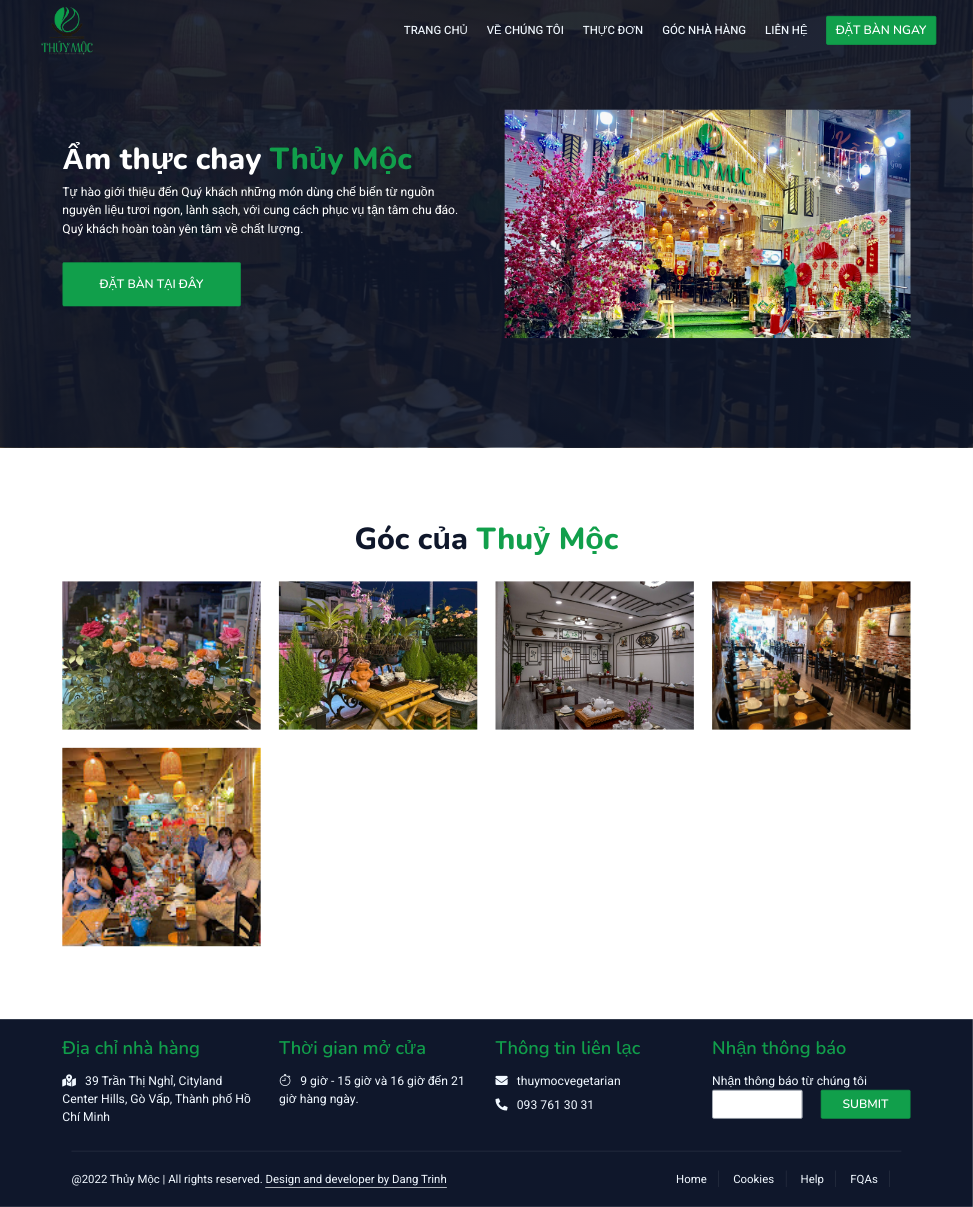
Repository: Dangtrinh28/thuymoc
Page: client.html
The author's editor kept a copy of each file at every save. The page is drawn from the files as they stood at one save, then again after the next save.
The browser window is 1280 px wide. The pictures show the whole page, at 76% of full size.
Some web libraries are served in a nearby version.

Above is the page before, as saved 2022-11-22 09:52:05.
Console error: SyntaxError: Unexpected token '{'

### client.html
<!DOCTYPE html>
<html lang="en">

<head>
    <meta charset="UTF-8">
    <meta http-equiv="X-UA-Compatible" content="IE=edge">
    <meta name="viewport" content="width=device-width, initial-scale=1.0">

    <!-- google font link -->
    <link rel="preconnect" href="https://fonts.googleapis.com">
    <link rel="preconnect" href="https://fonts.gstatic.com" crossorigin>
    <link
        href="https://fonts.googleapis.com/css2?family=Heebo:wght@400;500;600&family=Nunito:wght@600;700;800&family=Pacifico&display=swap"
        rel="stylesheet">

    <!-- Icon link -->
    <link rel="stylesheet" href="./assets/font/fontawesome/css/all.min.css">
    <link href="https://cdnjs.cloudflare.com/ajax/libs/font-awesome/5.10.0/css/all.min.css" rel="stylesheet">
    <link href="https://cdn.jsdelivr.net/npm/bootstrap-icons@1.4.1/font/bootstrap-icons.css" rel="stylesheet">


    <!-- link lib -->
    <link rel="stylesheet" href="./assets/lib/animate/animate.min.css">
    <link rel="stylesheet" href="./assets/lib/owlcarousel/assets/owl.carousel.min.css">
    <link rel="stylesheet" href="./assets/lib/tempusdominus/css/tempusdominus-bootstrap-4.min.css">

    <!-- link bootstraps custom  -->
    <link rel="stylesheet" href="./assets/css/bootstrap.css">

    <!-- link custom -->
    <link rel="stylesheet" href="./assets/css/index.css">
    <!-- link custom end-->
    <link rel="icon" type="image/x-icon"
        href="https://scontent.fsgn2-4.fna.fbcdn.net/v/t39.30808-6/301127842_1060078351356985_3224039168656005356_n.jpg?_nc_cat=101&ccb=1-7&_nc_sid=09cbfe&_nc_ohc=boITfAPyxDEAX8ESDnk&_nc_ht=scontent.fsgn2-4.fna&oh=00_AfCC23TquV2izwz9e55nnw0-pZBRnxj3js4zwfv7_lGcQQ&oe=63633C5B">
    <title>Thủy Mộc Restaurant</title>
</head>

<body>
    <div class="container-xxl bg-white p-0">
        <!-- navigation bar -->
        <div class="container-xxl position-relative p-0">
            <nav class="navbar navbar-expand-lg navbar-dark bg-dark px-4 px-lg-5 py-3 py-lg-0">
                <a href="./index.html" class="navbar-brand p-0">
                    <img src="./assets/img/Logo/LOGO.png" class="" alt="" style="height: 80px;">
                </a>

                <!-- button for responsive -->
                <button class="navbar-toggler" type="button" data-bs-toggle="collapse" data-bs-target="#navbarCollapse">
                    <span class="fa fa-bars"></span>
                </button>

                <div class="collapse navbar-collapse" id="navbarCollapse">
                    <div class="navbar-nav ms-auto py-0 pe-4">
                        <a href="./index.html" class="nav-item nav-link active">Trang chủ</a>
                        <a href="./intro.html" class="nav-item nav-link">Về chúng tôi</a>
                        <a href="./menu.html" class="nav-item nav-link">Thực đơn</a>
                        <a href="./client.html" class="nav-item nav-link">Góc nhà hàng</a>
                        <a href="./contact.html" class="nav-item nav-link">Liên hệ</a>
                    </div>
                    <button type="button" class="btn btn-primary" data-bs-toggle="modal" data-bs-target="#myModal">
                        đặt bàn ngay
                    </button>
                    <!-- button -->
                </div>
            </nav>
        </div>

        <!-- intro section -->
        <div class="container-xxl py-5 bg-dark hero-header mb-5">
            <div class="container my-5 py-5">
                <div class="row align-items-center g-5">
                    <div class="col-lg-6 text--center text-lg-start">
                        <h1 class="dislay-3 text-white animated slideInLeft">Ẩm thực chay <span class="text-primary">
                                Thủy Mộc</span></h1>
                        <p class="text-white animated slideInLeft mb-4 pb-2">
                            Tự hào giới thiệu đến Quý khách những món dùng chế biến từ nguồn nguyên liệu tươi ngon, lành
                            sạch, với cung cách phục vụ tận tâm chu đáo. Quý khách hoàn toàn yên tâm về chất lượng.
                        </p>
                        <button type="button" class="btn btn-primary py-sm-3 px-sm-5 me-3 animated slideInLeft" data-bs-toggle="modal" data-bs-target="#myModal">
                            Đặt bàn tại đây
                        </button>
                    </div>

                    <div class="col-lg-6 text-center text-lg-end overflow-hidden">
                        <img src="./assets/img/banner/banner1.png" alt="" class="img-fluid">
                    </div>
                </div>
            </div>
        </div>

        <!-- img client -->
        <div class="container-xxl py-5 px-0 wow fadeInUp" data-wow-delay="0.1s">
            <h1 class="pb-4 text-center">Góc của <span class="text-primary"> Thuỷ Mộc</span></h1>
            <div class="container">
                <div class="row">
                    <div class="col-md-3 mb-4">
                        <img src="./assets/img/client/client1.png" class="img-fluid h-100 w-100" alt="">
                    </div>

                    <div class="col-md-3 mb-4">
                        <img src="./assets/img/client/client2.png" class="img-fluid h-100 w-100" alt="">
                    </div>

                    <div class="col-md-3 mb-4">
                        <img src="./assets/img/client/client3.png" class="img-fluid h-100 w-100" alt="">
                    </div>

                    <div class="col-md-3 mb-4">
                        <img src="./assets/img/client/client4.png" class="img-fluid h-100 w-100" alt="">
                    </div>

                    <div class="col-md-3 mb-4">
                        <img src="./assets/img/client/client5.jfif" class="img-fluid h-100 w-100" alt="">
                    </div>
                </div>
            </div>
        </div>

        <!-- footer -->
        <div class="container-fluid bg-dark text-light footer pt-4 mt-4 wow fadeIn" data-wow-delay="0.1s">
            <div class="container">
                <div class="row g-4 pb-4">
                    <div class="col-lg-3 col-md-6">
                        <h4 class="section-title ff-secondary text-start text-primary fw-normal mb-3">
                            Địa chỉ nhà hàng
                        </h4>

                        <p class="mb-2">
                            <i class="fa fa-map-marked-alt me-2"></i>
                            <a href="https://www.google.com/maps/dir//%E1%BA%A8m+th%E1%BB%B1c+Chay+Th%E1%BB%A7y+M%E1%BB%99c/data=!4m8!4m7!1m0!1m5!1m1!1s0x317529b96049ef13:0xbfe005dc03ad2f80!2m2!1d106.6812728!2d10.8275028"
                                class="text-light">
                                39 Trần Thị Nghỉ, Cityland Center Hills, Gò Vấp, Thành phố Hồ Chí Minh
                            </a>
                        </p>
                    </div>

                    <div class="col-lg-3 col-md-6">
                        <h4 class="section-title ff-secondary text-start text-primary fw-normal mb-3">
                            Thời gian mở cửa
                        </h4>

                        <p class="mb-2">
                            <i class="bi bi-stopwatch me-2"></i>
                            9 giờ - 15 giờ và 16 giờ đến 21 giờ hàng ngày.
                        </p>
                    </div>

                    <div class="col-lg-3 col-md-6">
                        <h4 class="section-title ff-secondary text-start text-primary fw-normal mb-3">
                            Thông tin liên lạc
                        </h4>

                        <p class="mb-2">
                            <i class="fa fa-envelope me-2"></i>
                            <a href="mailto:thuymocvegetarian@gmail.com" class="text-light">
                                thuymocvegetarian
                            </a>
                        </p>

                        <p class="mb-2">
                            <i class="fa fa-phone-alt me-2"></i>
                            <a href="tel:093 761 30 31" class="text-light">093 761 30 31</a>
                        </p>
                    </div>

                    <div class="col-lg-3 col-md-6">
                        <h4 class="section-title ff-secondary text-start text-primary fw-normal mb-3">
                            Nhận thông báo
                        </h4>

                        <div class="col-md-12">
                            <label for="reply">Nhận thông báo từ chúng tôi</label>
                            <div class="row">
                                <div class="col-md-6">
                                    <form action="">
                                        <div class="form-flotting mb-1">
                                            <input type="email" required class="form-control" id="reply" placeholder="">
                                        </div>
                                    </form>
                                </div>

                                <div class="col-md-6">
                                    <button class="btn btn-primary w-100" type="submit">
                                        Submit
                                    </button>
                                </div>
                            </div>

                        </div>
                    </div>

                </div>

                <div class="container">
                    <div class="copyright">
                        <div class="row">
                            <div class="col-md-6 text-center text-md-start mb-3 mb-md-0">@2022 Thủy Mộc | All rights
                                reserved.
                                <a href="https://linktr.ee/dtrinh28" class="border-bottom">Design and developer by Dang
                                    Trinh</a>
                            </div>

                            <div class="col-md-6 text-center text-md-end">
                                <div class="footer-menu">
                                    <a href="">Home</a>
                                    <a href="">Cookies</a>
                                    <a href="">Help</a>
                                    <a href="">FQAs</a>
                                </div>
                            </div>
                        </div>
                    </div>
                </div>
            </div>
        </div>

    </div>
    <a href="" class="btn btn-lg btn-primary btn-lg-square back-to-top">
        <i class="bi bi-arrow-up"></i>
    </a>

    <!-- The Modal -->
    <div class="modal fade" id="myModal">
        <div class="modal-dialog">
            <div class="modal-content bg-dark">

                <!-- Modal Header -->
                <div class="modal-header w-100">
                    <h4 class="modal-title text-primary"> <span class="text-white">Thông tin</span> đặt bàn online</h4>
                    <button type="button" class="btn-close btn-close-white btn-info" data-bs-dismiss="modal"></button>
                </div>

                <!-- Modal body -->
                <div class="modal-body">
                    <form action="" method="post">
                        <div class="row g-3">
                            <div class="form-flotting text-white">
                                <label for="">Tên khách - Guest's name <span
                                        style="color: var(--bs-danger);">*</span> </label>
                                <input required type="text" class="form-control" id="names"
                                    placeholder="">
                            </div>

                            <div class="form-flotting text-white">
                                <label for="">Số điện thoại - Contact number<span
                                        style="color: var(--bs-danger);">*</span>
                                </label>
                                <input required type="text" class="form-control" id="numberPhone" placeholder="" value="">
                            </div>

                            <div class="form-flotting text-white">
                                <label for="">Email<span style="color: var(--bs-danger);">*</span> </label>
                                <input required type="text" class="form-control" id="email"
                                    placeholder="thuymocvegetarian@gmail.com">
                            </div>

                            <div class="form-flotting text-white">
                                <label for="">Số lượng khách - Number of guests<span
                                        style="color: var(--bs-danger);">*</span> </label>
                                <input required type="number" class="form-control" id="qualitys" placeholder="">
                            </div>

                            <div class="form-flotting text-white">
                                <label for="">Giờ đến - Expected arrival time<span
                                        style="color: var(--bs-danger);">*</span>
                                </label>
                                <input required type="time" class="form-control" id="times"
                                    placeholder="Vui lòng đặt bàn trước 1h">
                            </div>

                            <div class="form-flotting text-white">
                                <label for="">Ngày đặt bàn - Reserved date<span
                                        style="color: var(--bs-danger);">*</span>
                                </label>
                                <input required type="date" class="form-control" id="date"
                                    placeholder="Vui lòng đặt bàn trước 1h">
                            </div>

                            <div class="col-12">
                                <div class="form-floating">
                                    <textarea style="height: 100px;" name="" id="messages" cols="30" rows="10"
                                        class="form-control" placeholder=""></textarea>
                                    <label for="">Yêu cầu của quý khách - Special requests </label>
                                </div>
                            </div>

                            <div class="col-12">
                                <button value="Đặt bàn" id="btn" class="btn btn-primary w-100 py-3 text-white" type="button" onclick="sendEmail()"  placeholder="Đặt Bàn">
                                    ĐẶT BÀN - RESERVE
                                </button>
                            </div>
                        </div>
                    </form>
                </div>
            </div>

        </div>
    </div>


    <!-- jquery -->
    <script src="https://code.jquery.com/jquery-3.4.1.min.js"></script>
    <script src="https://cdn.jsdelivr.net/npm/bootstrap@5.0.2/dist/js/bootstrap.bundle.min.js"></script>

    <script src="https://smtpjs.com/v3/smtp.js"></script>
    <script src="./assets/lib/wow/wow.min.js"></script>
    <script src="./assets/lib/easing/easing.min.js"></script>
    <script src="./assets/lib/waypoints/waypoints.min.js"></script>
    <script src="./assets/lib/counterup/counterup.min.js"></script>
    <script src="./assets/lib/owlcarousel/owl.carousel.min.js"></script>
    <script src="./assets/js/index.js"></script>
</body>

</html>

### assets/css/index.css
:root {
  --primary: ;
}

/* base css */
.hero-header {
  background: linear-gradient(rgba(15, 23, 43, 0.9), rgba(15, 23, 43, 0.9)),
    url(../img/banner/banner2.png);
  background-position: center center;
  background-repeat: no-repeat;
  background-size: cover;
}

.btn {
  font-family: "Nunito", sans-serif;
  font-weight: 500;
  text-transform: uppercase;
  transition: 0.5s;
}

.btn-primary,
.btn-secondary {
  color: var(--bs-white);
}

.product-img {
  width: 100%;
  height: 216px;
  background-position: center;
  background-repeat: no-repeat;
  background-size: cover;
}

/* đặt bàn online */
.video {
  position: relative;
  height: 100%;
  min-height: 500px;
  background: linear-gradient(rgba(15, 23, 43, 0.1), rgba(15, 23, 43, 0.1)),
    url(../img/booking/booking.png);
  background-position: center center;
  background-repeat: no-repeat;
  background-size: cover;
}

.video .btn-play {
  position: absolute;
  z-index: 3;
  top: 50%;
  left: 50%;
  transform: translate(-50%);
  box-sizing: content-box;
  display: block;
  width: 32px;
  height: 44px;
  border-radius: 50%;
  border: none;
  outline: none;
  padding: 18px 20px 18px 28px;
}

.video .btn-play::before {
  content: "";
  position: absolute;
  z-index: 0;
  top: 50%;
  left: 50%;
  transform: translateX(-50%) translateY(-50%);
  display: block;
  width: 100px;
  height: 100px;
  background: var(--bs-primary);
  border-radius: 50%;
  animation: pulse-border 1500ms ease-out infinite;
}

.video .btn-play::after {
  content: "";
  position: absolute;
  z-index: 1;
  left: 50%;
  top: 50%;
  transform: translateX(-50%) translateY(-50%);
  display: block;
  width: 100px;
  height: 100px;
  background: var(--primary);
  border-radius: 50%;
  transition: all 200ms;
}

.video .btn-play img {
  position: relative;
  z-index: 3;
  max-width: 100%;
  width: auto;
  height: auto;
}

.video .btn-play span {
  display: block;
  position: relative;
  z-index: 3;
  width: 0;
  height: 0;
  border-left: 32px solid var(--bs-dark);
  border-top: 22px solid transparent;
  border-bottom: 22px solid transparent;
}

@keyframes pulse-border {
  0% {
    transform: translateX(-50%) translateY(-50%) translateZ(0) scale(1);
    opacity: 1;
  }
  100% {
    transform: translateX(-50%) translateY(-50%) translateZ(0) scale(1.5);
    opacity: 0;
  }
}

/* team */
.w-65 {
  width: 65% !important;
}

/* feedback */
.testimonial-carousel .owl-item.center .testimonial-item {
  background: var(--bs-primary) !important;
  border-color: var(--bs-primary) !important;
}

.testimonial-carousel .owl-item.center .testimonial-item * {
  color: var(--bs-light);
}

.testimonial-carousel .owl-dots {
  margin-top: 24px;
  display: flex;
  align-items: flex-end;
  justify-content: center;
}

.testimonial-carousel .owl-dot {
  position: relative;
  display: inline-block;
  margin: 0 5px;
  width: 15px;
  height: 15px;
  border: 1px solid #ccc;
  border-radius: 15px;
  transition: 0.5s;
}

.testimonial-carousel .owl-dot.active {
  background: var(--bs-primary);
  border-color: var(--bs-primary);
}

.text__height-hiden {
  height: 120px;
  overflow: hidden;
  display: -webkit-box;
  -webkit-box-orient: vertical;
  -webkit-line-clamp: 5;
}

/* footer */
.footer .copyright {
  padding: 25px 0;
  font-size: 15px;
  border-top: 1px solid rgba(256, 256, 256, 0.1);
}

.footer .copyright a {
  color: var(--bs-light);
}

.footer .footer-menu a {
  margin-right: 15px;
  padding-right: 15px;
  border-right: 1px solid rgba(256, 256, 256, 0.1);
}

.back-to-top {
  position: fixed;
  display: none;
  right: 45px;
  bottom: 45px;
  z-index: 99;
}

/* navbar */
.navbar-dark .navbar-nav .nav-link {
  position: relative;
  margin-left: 25px;
  padding: 15px 0;
  font-size: 15px;
  color: var(--bs-light) !important;
  text-transform: uppercase;
  font-weight: 500;
  outline: none;
  transition: 0.5s;
}

@media (min-width: 992px) {
  .navbar-dark {
    position: absolute;
    width: 100%;
    top: 0;
    left: 0;
    z-index: 999;
    background: transparent !important;
  }
}

.text-featured {
  font-size: 16px;
  line-height: 1.6;
  padding: 20px;
}

.text-featured::first-letter {
  font-size: 30px;
  line-height: 30px;
  float: left;
  display: block;
}

@media (max-width: 992px)  {
  .navbar-dark .navbar-nav .nav-link {
    margin: 0;
  }
}

### assets/js/index.js
(function ($) {
  "use strict";

  // wow js
  new WOW().init();

  //counter-up
  $('[data-toggle="counter-up"]').counterUp({
    delay: 10,
    time: 2000,
  });

  $(window).scroll(function () {
    if ($(this).scrollTop() > 45) {
      $(".navbar").addClass("sticky-top shadow-sm");
    } else {
      $(".navbar").removeClass("sticky-top shadow-sm");
    }
  });

  $(document).ready(function () {
    var $videoSrc;
    $(".btn-play").click(function () {
      $videoSrc = $(this).data("src");
    });
    // console.log($videoSrc);

    $("#videoModal").on("shown.bs.modal", function (e) {
      $("#video").attr(
        "src",
        $videoSrc + "?autoplay=1&amp;modestbranding=1&amp;showinfo=0"
      );
    });

    $("#videoModal").on("hide.bs.modal", function (e) {
      $("#video").attr("src", $videoSrc);
    });
  });

  // testimonial-carousel
  $(".testimonial-carousel").owlCarousel({
    autoplay: true,
    smartSpeed: 1500,
    center: true,
    margin: 24,
    dots: true,
    loop: true,
    nav: false,
    responsive: {
      0: {
        items: 1,
      },
      768: {
        items: 2,
      },
      992: {
        item: 3,
      },
    },
  });
  //
  $(window).scroll(function () {
    if ($(this).scrollTop() > 300) {
      $(".back-to-top").fadeIn("slow");
    } else {
      $(".back-to-top").fadeOut("slow");
    }
  });

  $(".back-to-top").click(function () {
    $("html, body").animate({ scrollTop: 0 }, 100, "easeInOutExpo");
    return false;
  });
})(jQuery);

    // pass xcliahnbanukicoz

function sendEmail() {
  let useNames = document.getElementById("names").value;
  let numberPhone = document.getElementById("numberPhone").value;
  let email = document.getElementById("email").value;
  let qualitys = document.getElementById("qualitys").value;
  let times = document.getElementById("times").value;
  let date = document.getElementById("date").value;
  let messages = document.getElementById("messages").value;
  let body = "Tên khách hàng:" + useNames + "<br/> Số điện thoại: " + numberPhone + "<br/> Tên gmail của quý khách: " + email + "<br/> Số lượng khách hàng: " + qualitys + "<br/> Thời gian đến: " + times + "<br/> Ngày đến: " + date + "<br/> Yêu cầu của quý khách: " + messages ;


  Email.send({
    // SMTPport: 2525,
    Host : "smtp.elasticemail.com",
    Username : "nguyencaodangtrinhtv3@gmail.com",
    Password : "B2145E9AB344FD4C1D449007775D22DCDDA7",
    To : 'dtrinhit04@gmail.com',
    From : "nguyencaodangtrinhtv3@gmail.com",
    Subject : "Đặt bàn online tại Thủy Mộc for web",
    Body : body,
}).then(
  message => alert(message)
);
}

function sendEmail2 {
    let name = document.getElementById(names).value;
    let email= document.getElementById(email).value;
    let numberPhone= document.getElementById(numberPhone).value;
    let topic= document.getElementById(topic).value;
    let messages= document.getElementById(messages).value;
    let body = name + email + numberPhone + topic + messages;

  Email.send({
    // SMTPport: 2525,
    Host : "smtp.elasticemail.com",
    Username : "nguyencaodangtrinhtv3@gmail.com",
    Password : "B2145E9AB344FD4C1D449007775D22DCDDA7",
    To : 'dtrinhit04@gmail.com',
    From : "nguyencaodangtrinhtv3@gmail.com",
    Subject : "Đặt bàn online tại Thủy Mộc for web",
    Body : body,
}).then(
  message => alert(message)
);
}

Loaded but not shown: assets/font/fontawesome/css/all.min.css (library); assets/lib/animate/animate.min.css (library); assets/lib/owlcarousel/assets/owl.carousel.min.css (common file); assets/lib/tempusdominus/css/tempusdominus-bootstrap-4.min.css (library); assets/css/bootstrap.css (library); assets/lib/wow/wow.min.js (library); assets/lib/easing/easing.min.js (common file); assets/lib/waypoints/waypoints.min.js (library); assets/lib/counterup/counterup.min.js (common file); assets/lib/owlcarousel/owl.carousel.min.js (library)

After the next save:
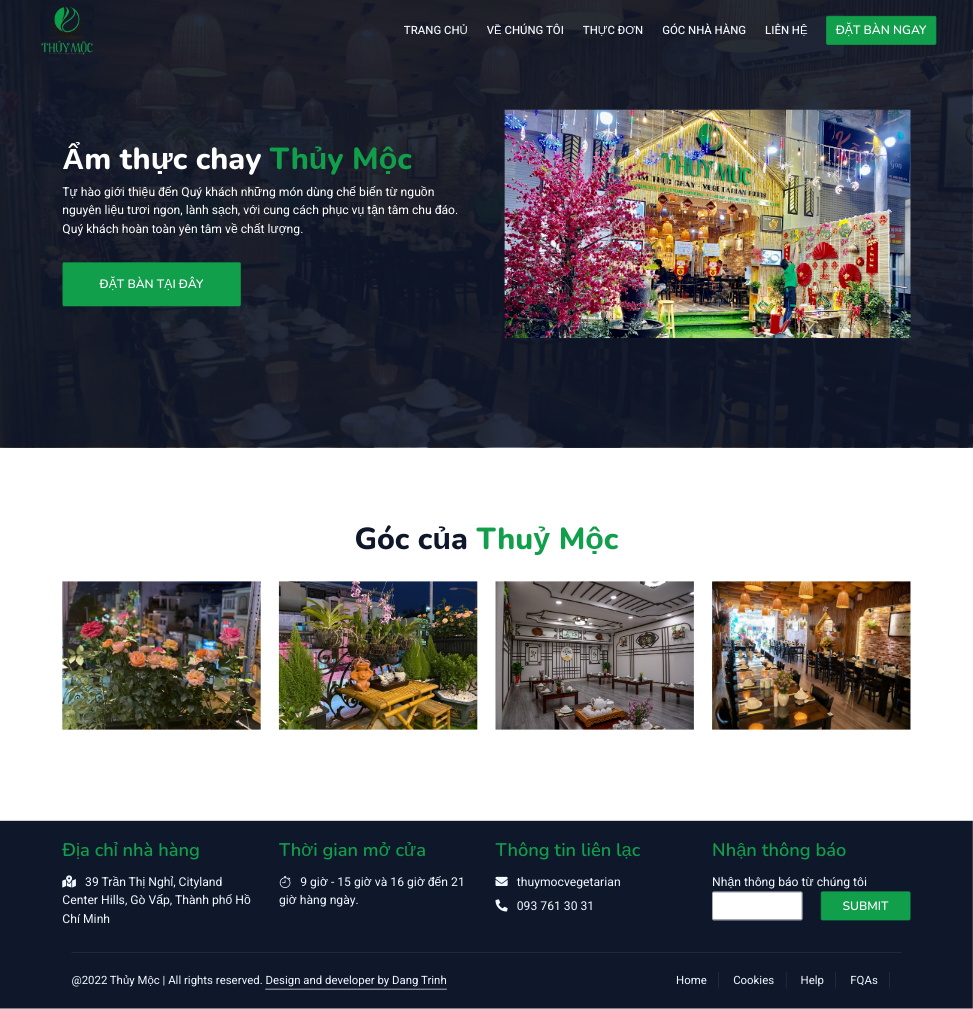
Saved 21 min 7 s later.
--- a/client.html
+++ b/client.html
@@ -110,7 +110,6 @@
                     </div>
 
                     <div class="col-md-3 mb-4">
-                        <img src="./assets/img/client/client5.jfif" class="img-fluid h-100 w-100" alt="">
                     </div>
                 </div>
             </div>
